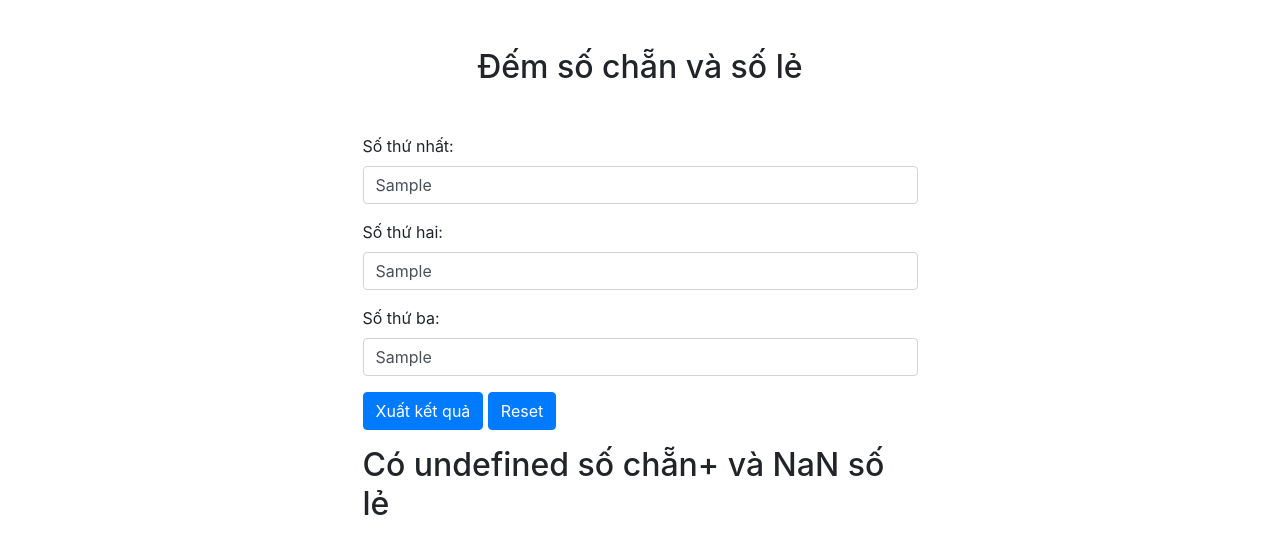
Repository: dovanthao2404/BC14_BaiTap_JS_Buoi_4_dovanthao
Page: html/bai3.html
An editor plug-in stored every save of this project. The page is shown before and after the next save, followed by the edit.
The browser window is 1280 px wide. The pictures show the whole page.
Empty fields were first filled with sample values (such as "Sample", 5 or name@example.com).
After loading, the first visible `#xuatKetQua` was clicked once.

Above is the page before, as saved 2021-07-02 01:45:54.

### html/bai3.html
<!DOCTYPE html>
<html lang="en">

<head>
  <meta charset="UTF-8">
  <meta http-equiv="X-UA-Compatible" content="IE=edge">
  <meta name="viewport" content="width=device-width, initial-scale=1.0">
  <title>Document</title>

  <!-- BS4 -->
  <link rel="stylesheet" href="https://cdn.jsdelivr.net/npm/bootstrap@4.6.0/dist/css/bootstrap.min.css"
    integrity="sha384-B0vP5xmATw1+K9KRQjQERJvTumQW0nPEzvF6L/Z6nronJ3oUOFUFpCjEUQouq2+l" crossorigin="anonymous">
</head>

<body>
  <div class="container">
    <form class="w-50 mx-auto">
      <h2 class="text-center px-5 my-5">Đếm số chẵn và số lẻ</h2>
      <div class="form-group">
        <label for="number-1">Số thứ nhất: </label>
        <input type="text" name="" id="number-1" class="form-control" placeholder="Số thứ nhất*">
      </div>
      <div class="form-group">
        <label for="number-2">Số thứ hai: </label>
        <input type="text" name="" id="number-2" class="form-control" placeholder="Số thứ hai*">
      </div>
      <div class="form-group">
        <label for="number-3">Số thứ ba: </label>
        <input type="text" name="" id="number-3" class="form-control" placeholder="Số thứ ba*">
      </div>
      <button type="button" class="btn btn-primary" id="xuatKetQua">Xuất kết quả</button>
      <button type="reset" class="btn btn-primary">Reset</button>
      <div class='mt-3'>
        <h2 id="ketQua"></h2>
      </div>
    </form>
    <script src="../js/bai3.js"></script>
  </div>
</body>

</html>

### js/bai3.js
function xuLyDemSoChanVaLe() {
  var a = +document.getElementById('number-1').value;
  var b = +document.getElementById('number-2').value;
  var c = +document.getElementById('number-3').value;
  if (a && b && c && !isNaN(a) && !isNaN(b) && !isNaN(c)) {
    console.log("a");
    if (a % 1 !== 0 || b % 1 !== 0 || c % 1 !== 0) {
      xuatThongBaoLoi('Vui lòng nhập số nguyên.');
    } else {
      var demSoChan = 0;
      if (a % 2 === 0) {
        demSoChan++;
      }
      if (b % 2 === 0) {
        demSoChan++;
      }
      if (c % 2 === 0) {
        demSoChan++;
      }
      return demSoChan;
    }
  } else {
    xuatThongBaoLoi("Vui lòng nhập đúng giá trị.");
  }
}

document.getElementById('xuatKetQua').addEventListener('click', function () {
  var soChan = xuLyDemSoChanVaLe();
  var ketQua = document.getElementById('ketQua');
  ketQua.innerHTML = `Có ${soChan} số chẵn+ và ${3 - soChan} số lẻ`;
})

function xuatThongBaoLoi(thongBao) {
  var ketQua = document.getElementById('ketQua');
  ketQua.innerHTML = thongBao;
}

After the next save:
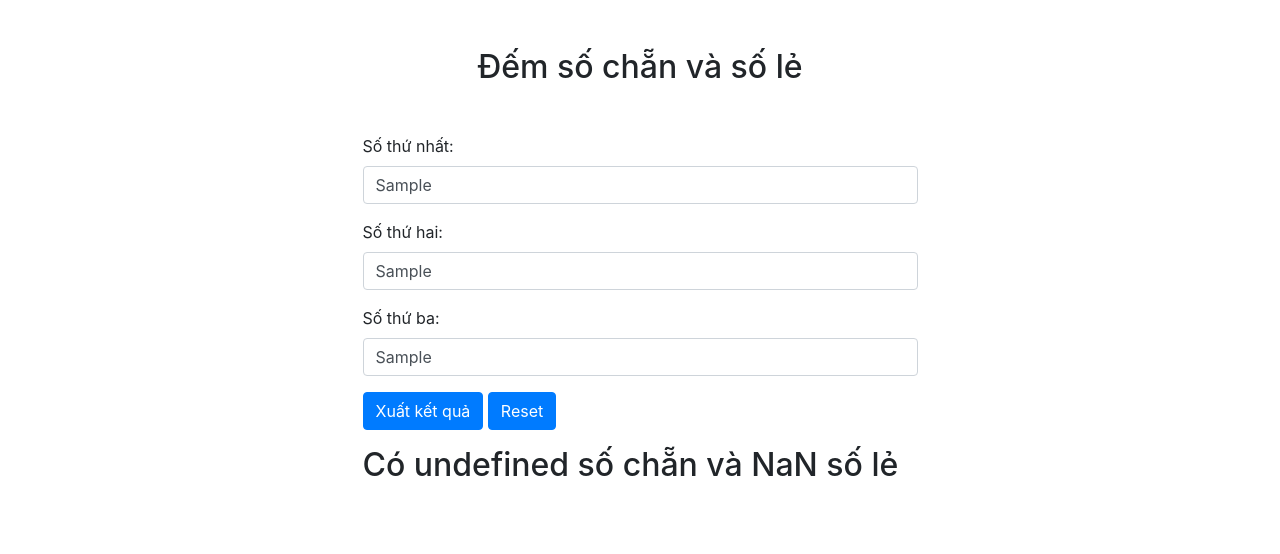
Saved 16 s later.
--- a/js/bai3.js
+++ b/js/bai3.js
@@ -27,7 +27,7 @@ function xuLyDemSoChanVaLe() {
 document.getElementById('xuatKetQua').addEventListener('click', function () {
   var soChan = xuLyDemSoChanVaLe();
   var ketQua = document.getElementById('ketQua');
-  ketQua.innerHTML = `Có ${soChan} số chẵn+ và ${3 - soChan} số lẻ`;
+  ketQua.innerHTML = `Có ${soChan} số chẵn và ${3 - soChan} số lẻ`;
 })
 
 function xuatThongBaoLoi(thongBao) {
